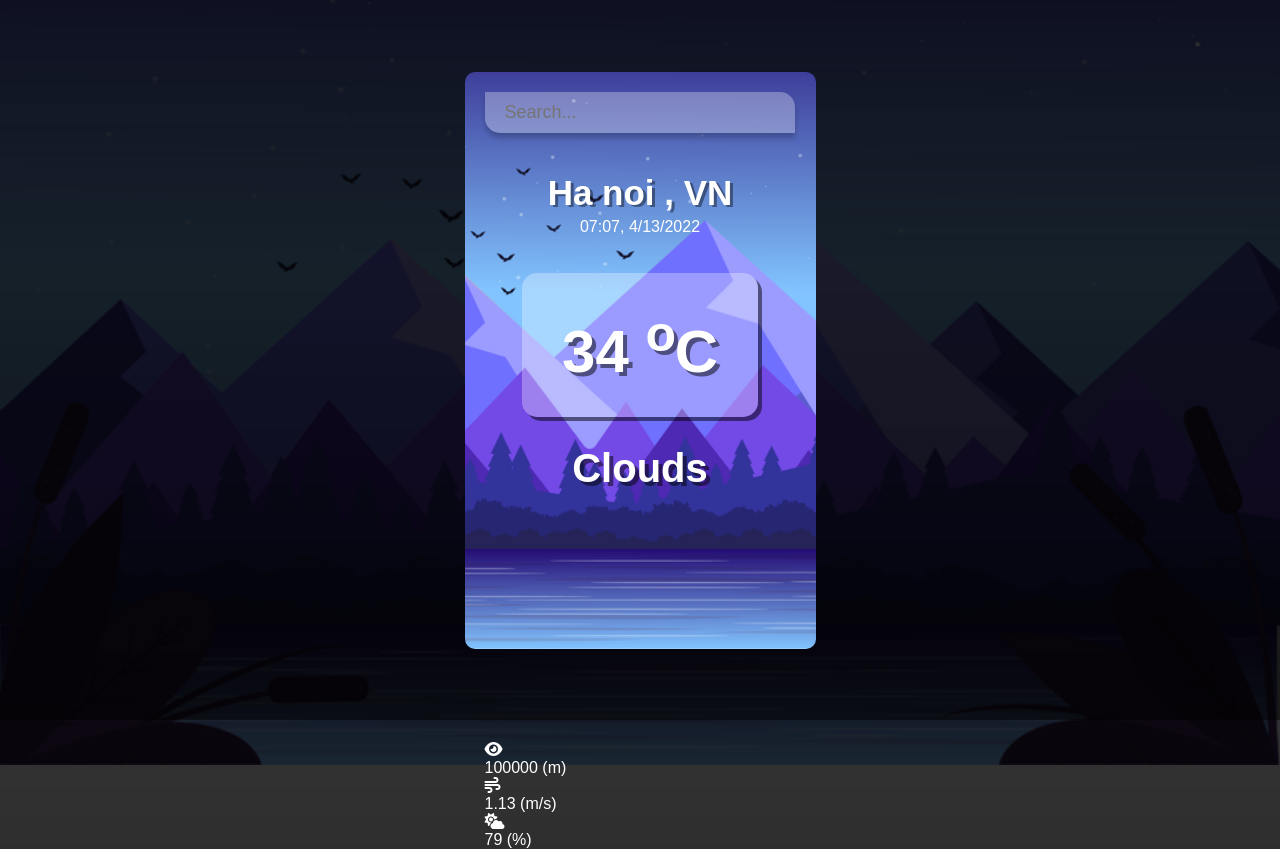
Repository: nganha241/weather-app
Page: index.html
An editor plug-in stored every save of this project. The page is shown before and after the next save, followed by the edit.
The browser window is 1280 px wide. The pictures show the whole page.
Some web libraries are served in a nearby version.

Above is the page before, as saved 2022-04-13 09:51:59.

After the next save:
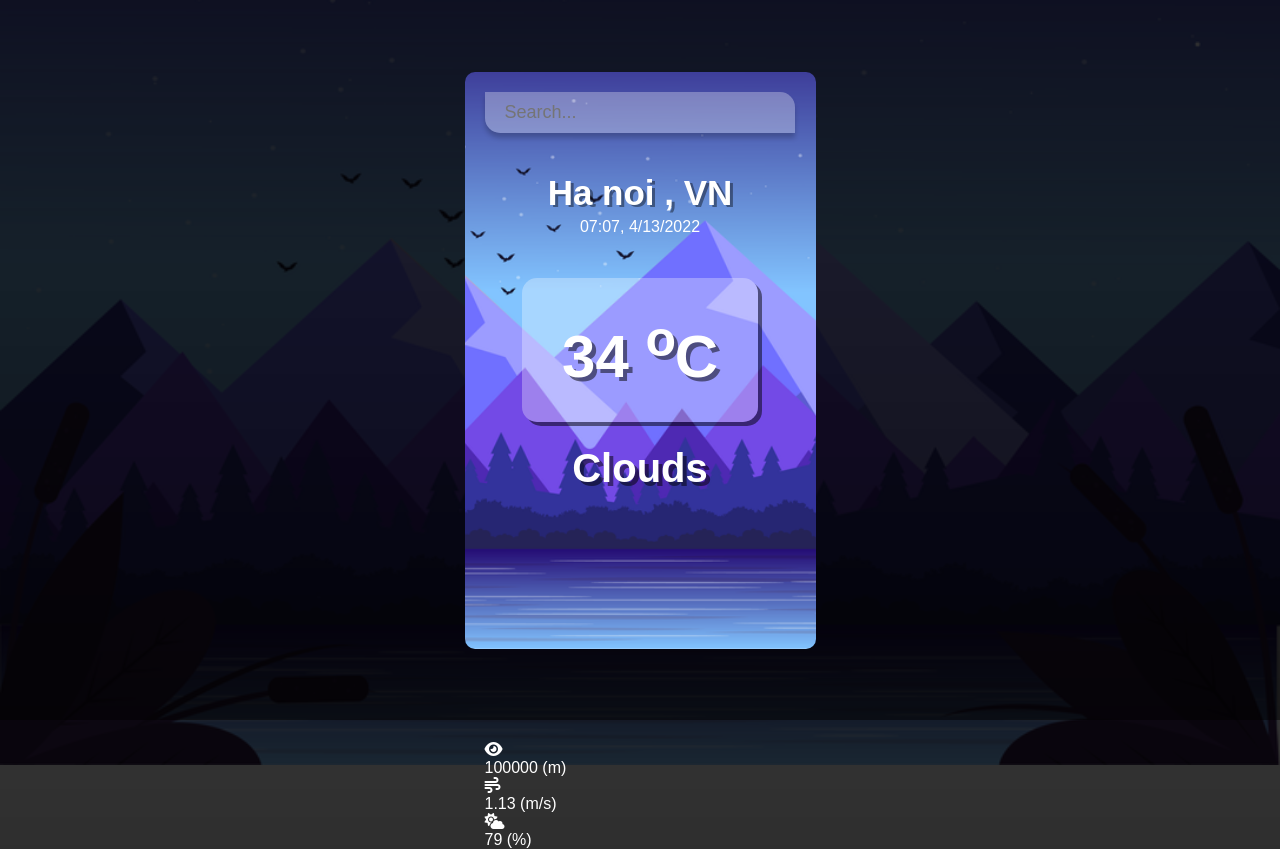
Saved 9 s later.
--- a/style.css
+++ b/style.css
@@ -70,7 +70,7 @@ body {
     display: flex;
     justify-content: center;
     align-items: center;
-    margin-top: -15px;
+    margin-top: -10px;
 }
 
 .deg p {
